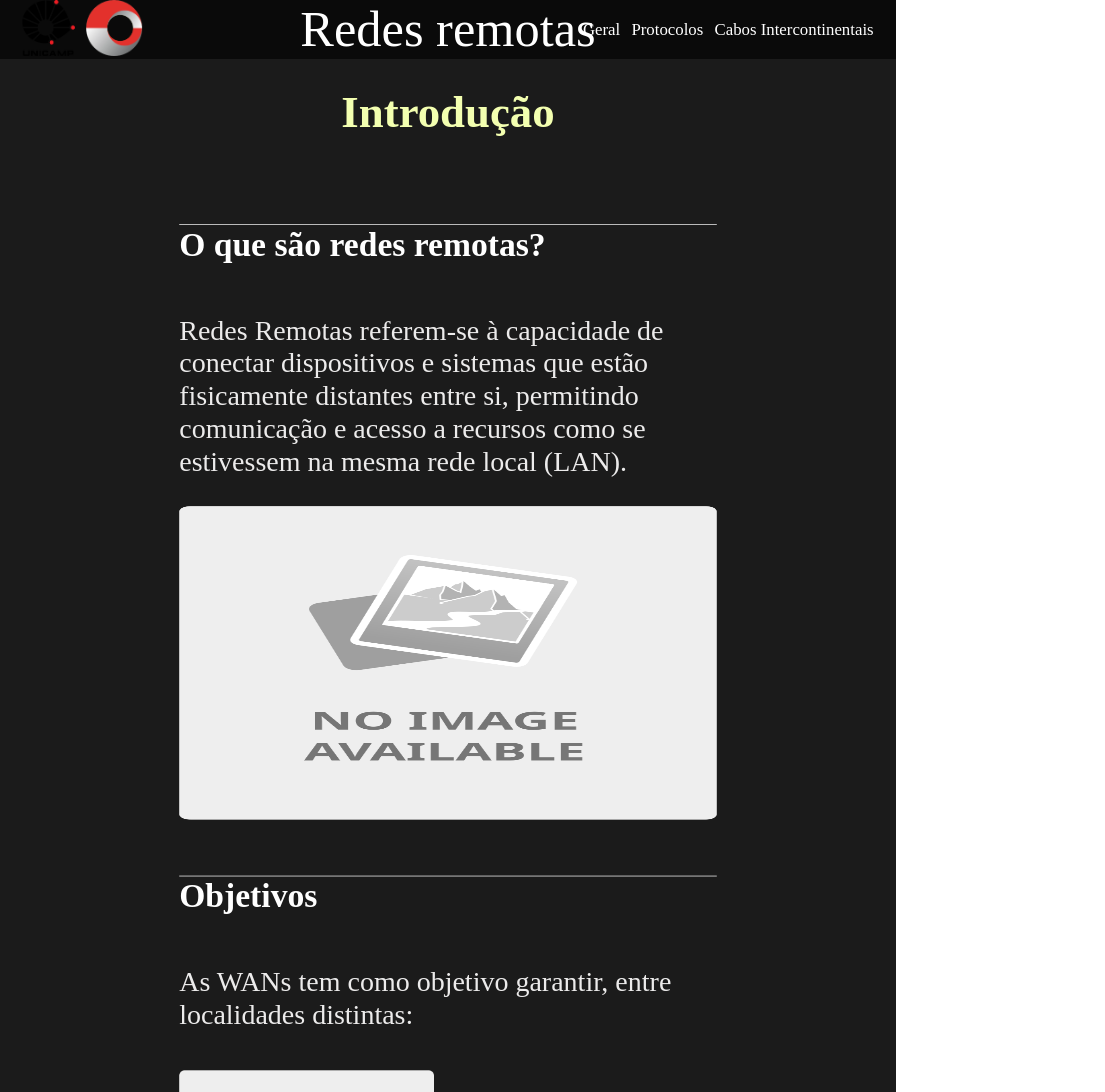
Repository: rafafbd/Site-sobre-redes-remotas
Page: Code/index.html
These files come from the project's save history. The page is drawn as it stood at one moment and after a run of saves; the edit follows.
The browser window is 1280 px wide. The page is 1280 px wide, then 1578 px, so the pictures cover 1578 px, including what lies to the right of the window. The pictures show the part of the page from y = 0 to 1560 px (the page is 6572 px tall before and 6807 px after), at 70% of full size.

Above is the page before, as saved 2025-05-28 07:37:35.

After the next 2 saves:
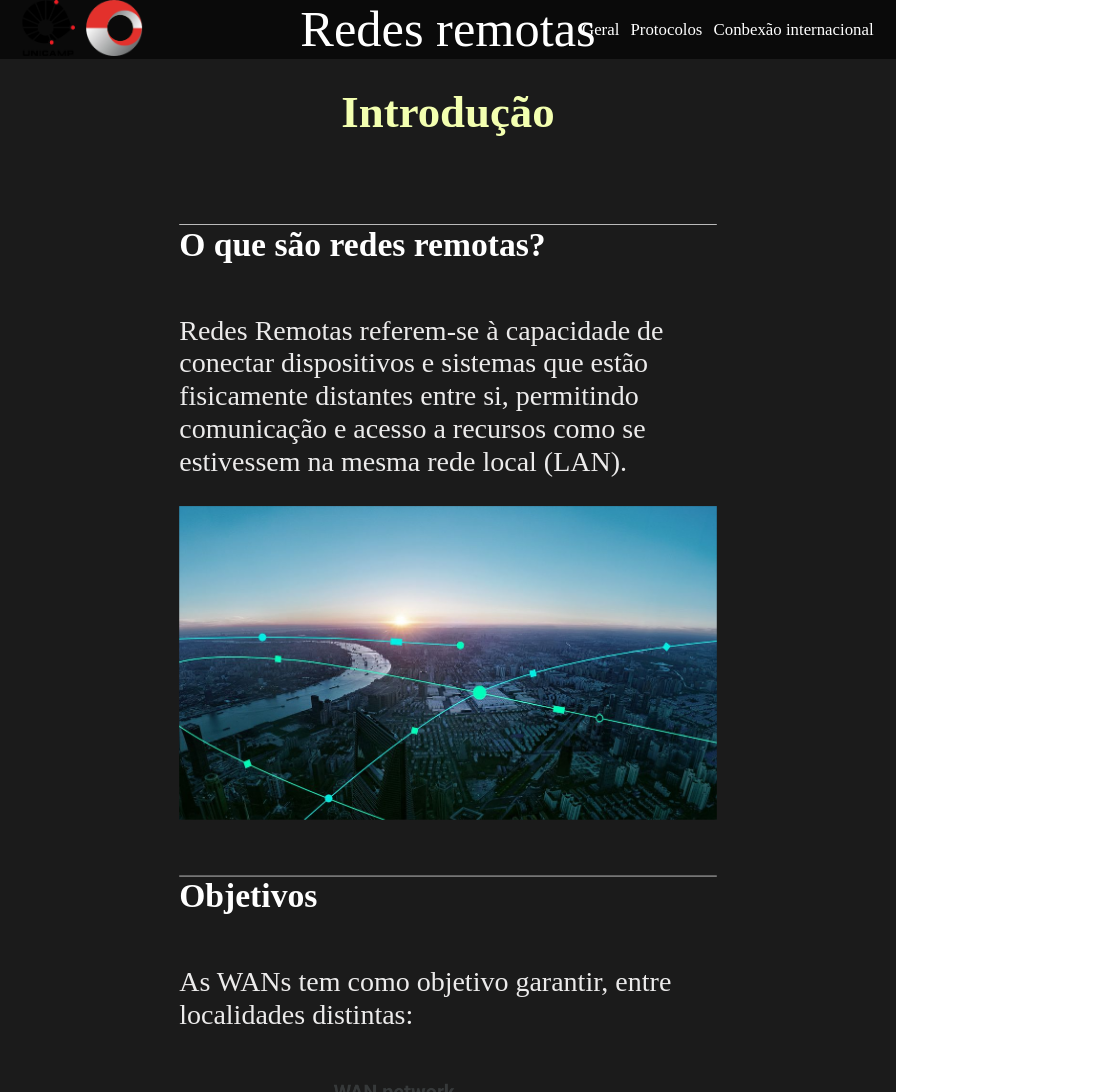
The 2 saves are shown as one change because they came seconds apart.
The last was saved 13 min 16 s later.
--- a/Code/index.html
+++ b/Code/index.html
@@ -17,7 +17,7 @@
         <div class="flex-space meio gap nav">
             <a href="#header" class="aHead">Geral</a>
             <a href="protocolos.html" class="aHead">Protocolos</a>
-            <a href="caboInt.html" class="aHead">Cabos Intercontinentais</a>
+            <a href="caboInt.html" class="aHead">Conbexão internacional</a>
         </div>
     </header>
     <main class="centro">
@@ -33,7 +33,7 @@
             <p class="full-content texto">Redes Remotas referem-se à capacidade de conectar dispositivos e sistemas que
                 estão fisicamente distantes entre si, permitindo comunicação e acesso a recursos como se estivessem na
                 mesma rede local (LAN).</p>
-            <img src="/Assets/placeholder.png" alt="" class="full-content imagem">
+            <img src="/Assets/Comunicao-remota-via-redes-remotas.jpg" alt="" class="full-content imagem">
         </div>
 
         <!-- Objetivos -->
@@ -42,7 +42,7 @@
         </div>
         <p class="full-content texto">As WANs tem como objetivo garantir, entre localidades distintas:</p>
         <div class="full-content flex-space padCima">
-            <img src="/Assets/placeholder.png" alt="" class="imagem">
+            <img src="/Assets/what_is_WAN_wide_area_network.webp" alt="" class="imagem">
             <ul class="lista">
                 <li>
                     <p class="texto">conectividade</p>
@@ -93,7 +93,7 @@
             <h1 class="subtitulo">Linhas Alugadas</h1>
         </div>
         <div class="full-content flex-space padCima">
-            <img src="/Assets/placeholder.png" alt="" class="imagem">
+            <img src="/Assets/5-Network-Modernization-Leased-Lines-Carrer-Ethernet-SCADA-Before.jpg" alt="" class="imagem" id="leased_lines">
             <ul class="lista">
                 <li><p class="texto">Utilizadas para integrar <span>duas LANs distantes</span>.</p></li>
                 <li><p class="texto">Fornecidas por <span>provedores de serviços de Internet (ISPs)</span>.</p></li>
@@ -113,7 +113,7 @@
                 conectando usuários remotos a redes corporativas de forma protegida. Isso assegura <span>privacidade,
                     integridade</span> e acesso seguro a recursos internos.
             </p>
-            <img src="/Assets/placeholder.png" alt="" class="full-content imagem">
+            <img src="/Assets/tunelamento.gif" alt="" class="full-content imagem">
         </div>
 
         <div class="full-content">
@@ -136,7 +136,7 @@
                 tráfego entre filiais, data centers e a nuvem, com foco em agilidade, segurança e <span>redução de custos</span>.
                 Mesmo assim, a SD-WAN pode usar aproveitar e usar o MPLS.
             </p>
-            <img src="/Assets/placeholder.png" alt="" class="full-content imagem">
+            <img src="/Assets/diagram-what-is-sdn-wan1.jpg" alt="" class="full-content imagem">
         </div>
 
     </main>
